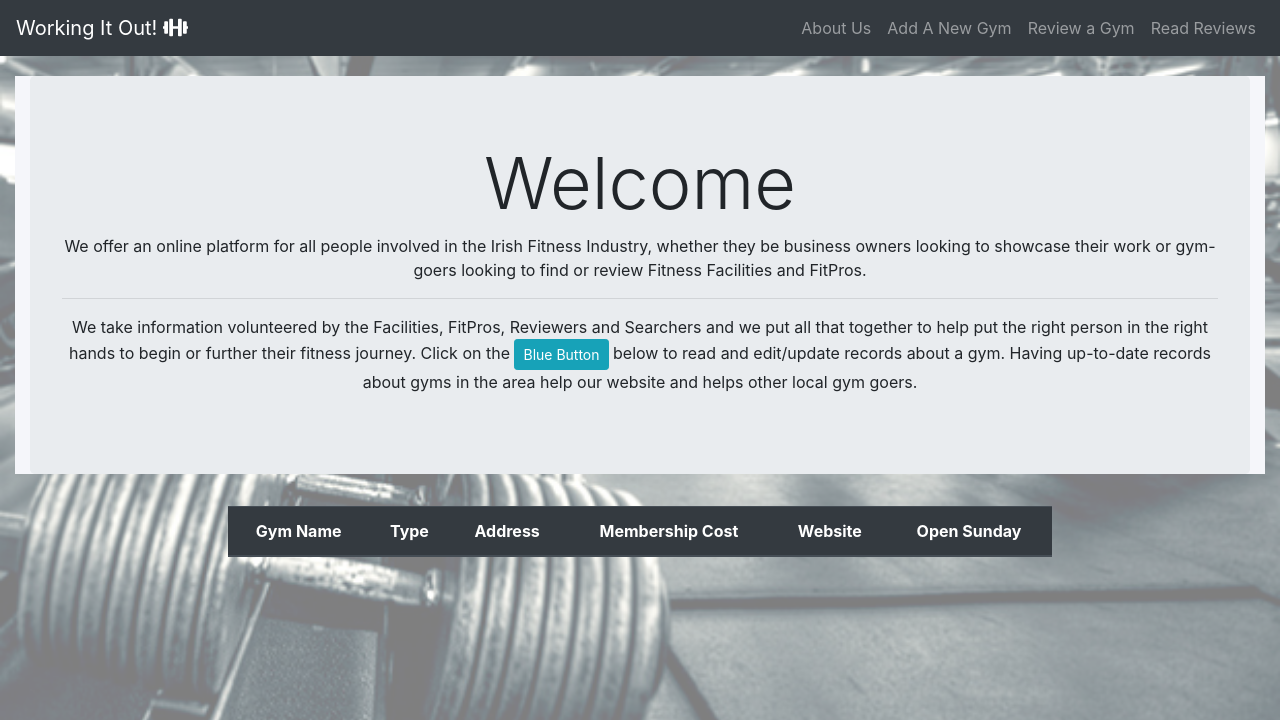
Repository: cgaynor91/Working_It_Out
Page: http://localhost/
The author's editor kept a record of every edit. The page is drawn from the files as they stood at one moment, then again after the next edit.
The browser window is 1280 px wide. The pictures show the whole page.
Some web libraries are served in a nearby version. The page is served by the project's application, run on Flask 3 (app.py). Queries for data that is not in the repository find no rows.

Above is the page before.

### templates/home.html
{% extends 'base.html'%} {% block content %}

<div class="container-fluid">
 <div class="row-welcome justify-content-center">
  <div class="col-12 jumbo-text">
   <div class="jumbotron">
    <h1 class="display-3">Welcome</h1>
    <p></b>We offer an online platform for all people involved in the Irish Fitness Industry, whether they be business owners looking to showcase their work or gym-goers looking to find or review Fitness Facilities and FitPros.</p>
    <hr>
    <p>We take information volunteered by the Facilities, FitPros, Reviewers and Searchers and we put all that together to help put the right person in the right hands to begin or further their fitness journey. Click on the <button type="button" class="btn btn-info btn-sm">Blue Button</button>     below to read and edit/update records about a gym. Having up-to-date records about gyms in the area help our website and helps other local gym goers.</p>
   </div>
  </div>
 </div>



 <!-- Table of gym Data -->

 <div class="row justify-content-center">
  <div class="col-12 col-md-8 table-responsive table-data">
   <table class="table table-hover">
    <thead class="thead-dark">
     <tr>
      <th scope="col">Gym Name</th>
      <th scope="col">Type</th>
      <th scope="col">Address</th>
      <th scope="col">Membership Cost</th>
      <th scope="col">Website</th>
      <th scope="col">Open Sunday</th>
     </tr>
    </thead>
    <tbody>

     {% for gym in gyms %}
     <tr>
      <td><a class="btn btn-info btn-sm" href="{{url_for('edit_gym', gym_id=gym._id)}}" role="button">{{gym.gym_name}}</a></td>
      <td>{{gym.gym_type}}</td>
      <td>{{gym.gym_address}}</td>
      <td>{{gym.cost}}</td>
      <td>{{gym.gym_url}}</td>
      <td>{{gym.open_sunday}}</td>
     </tr>
     {% endfor %}
    </tbody>
   </table>
</div>
</div>

  {% endblock %}

### templates/base.html
<!DOCTYPE html>
<html>

<head>
    <link rel="stylesheet" href="https://stackpath.bootstrapcdn.com/bootstrap/4.4.1/css/bootstrap.min.css">
    <link rel="stylesheet" href="https://cdnjs.cloudflare.com/ajax/libs/font-awesome/5.12.0/css/all.min.css" />
    <link rel="stylesheet" href="{{ url_for('static', filename='css/style.css') }}" type="text/css" />
    <title>Working It Out!</title>
</head>

<body>
    <header>
        <!-- Navbar taken from Bootstrap -->
        <nav class="navbar navbar-expand-md navbar-dark bg-dark home-logo-text">
            <a class="navbar-brand" href="{{url_for('get_gyms')}}">Working It Out! <i
                    class="fas fa-dumbbell"></i></a>
            <button class="navbar-toggler" type="button" data-toggle="collapse" data-target="#navbarNavAltMarkup" aria-controls="navbarNavAltMarkup" aria-expanded="false" aria-label="Toggle navigation">
                <span class="navbar-toggler-icon"></span>
            </button>
            <div class="collapse navbar-collapse" id="navbarNavAltMarkup">
                <div class="navbar-nav ml-auto">
                    <a class="nav-item nav-link" href="{{url_for('about')}}">About Us</a>
                    <a class="nav-item nav-link" href="{{url_for('add_new_gym')}}">Add A New Gym</a>
                    <a class="nav-item nav-link" href="{{url_for('gym_review')}}">Review a Gym</a>
                    <a class="nav-item nav-link" href="{{url_for('read_review')}}">Read Reviews</a>


                </div>
            </div>

        </nav>
    </header>

    <!-- Background image -->
    <div class="container-fluid bg"></div>


                {% block content %} {% endblock %}



    <script src="https://code.jquery.com/jquery-3.4.1.slim.min.js"></script>
    <script src="https://cdn.jsdelivr.net/npm/popper.js@1.16.0/dist/umd/popper.min.js"></script>
    <script src="https://stackpath.bootstrapcdn.com/bootstrap/4.4.1/js/bootstrap.min.js"></script>
</body>

</html>

### app.py
import os
from flask import Flask, render_template, redirect, request, url_for
from flask_pymongo import PyMongo
from bson.objectid import ObjectId

app = Flask(__name__)
app.config["MONGO_DBNAME"] = 'working_it_out'
app.config["MONGO_URI"] = os.getenv('MONGO_URI')

mongo = PyMongo(app)


@app.route('/')
@app.route('/get_gyms')
def get_gyms():
    return render_template("home.html", gyms=mongo.db.gyms.find())

@app.route("/about")
def about():
    return render_template("about.html")


@app.route("/add_new_gym")
def add_new_gym():
    return render_template("add_gym.html")

# Sends the data that the user inserts to the database

@app.route("/insert_gym", methods=['POST'])
def insert_gym():
    gym = mongo.db.gyms
    gym.insert_one(request.form.to_dict())
    return redirect(url_for('get_gyms'))


# Allows user to update information about a gym

@app.route("/edit_gym/<gym_id>")
def edit_gym(gym_id):
    the_gym = mongo.db.gyms.find_one({"_id": ObjectId(gym_id)})
    return render_template("update_gym.html", gym=the_gym)

@app.route("/update_gym/<gym_id>", methods=["POST"])
def update_gym(gym_id):
    gym = mongo.db.gyms
    gym.update({'_id': ObjectId(gym_id)}, {
        'gym_name' : request.form.get('gym_name'),
        'status' : request.form.get('gym_type'),
        'address' : request.form.get('gym_address'),
        'cost' : request.form.get('cost'),
        'gym_url' : request.form.get('gym_url')
    })
    return redirect(url_for('get_gyms'))

# Delete option for a user if they wish to delete a review they wrote or delete a review written by someone else that may be incorrect

@app.route("/delete_gym/<gym_id>")
def delete_gym(gym_id):
    mongo.db.gyms.remove({'_id': ObjectId(gym_id)})
    return redirect(url_for('get_gyms'))

@app.route("/leave_review")
def gym_review():
    return render_template("gym_review.html", gyms=mongo.db.gyms.find())

# Sends the data that the user inserts to the database

@app.route("/gym_review", methods=['POST'])
def insert_review():
    review = mongo.db.reviews
    review.insert_one(request.form.to_dict())
    return redirect(url_for('gym_review'))


@app.route("/read_review")
def read_review():
    return render_template("read_reviews.html", reviews=mongo.db.reviews.find())

if __name__ == '__main__':
    app.run(host=os.environ.get('IP'),
            port=int(os.environ.get('PORT')),
            debug=True)

### static/css/style.css
/* --All container-fluids to have center align-- */

.container-fluid {
    text-align: center;
}

/* --Review container-fluid to have left align-- */

.container-fluid_reviews {
    text-align: left;
}

.bg {
    background-image: url(../images/bg-image.png);
    background-size: cover;
    height: 100%;
    overflow: hidden;
    position: fixed;
    width: 100%;
    opacity: 0.5;
    z-index: -1;
}


/*

.home-logo-text {
    font-family: 'Mansalva', cursive, sans-serif;
}

.navbar-brand {
    font-size: 18px;
}

.welcome-text {
    z-index: 1;
    position: relative;
    margin-top: 50px;
    font-family: 'Amatic SC', cursive, sans-serif;
}

.welcome-text p {
    font-size: 25px;
}

.button-text {
    font-family: Arial, Helvetica, sans-serif;
}

.row-form {
    margin-top: 25px;
}

.delete-record-advice {
    margin-top: 25px;
}

.form_font {
    font-family: Arial, Helvetica, sans-serif;
    font-size: 15px;
}

.jumbotron {
    background-color:rgba(236, 240, 241,0.1);
}

@media only screen and (max-width: 550px) {
    .table {
        font-size: 9px;
        font-weight: bold;
    }
    .btn-sm {
        font-size: 9px;

    }
    .table-data {
        padding-right: 1px;
        padding-left: 1px;
    }
}

/* --Easier read-ability, rows given white background-- */

.row-review {
    margin-top: 25px;
    background-color: rgba(245, 246, 250,1.0);
}

.row-welcome {
    margin-top: 20px;
    background-color: rgba(245, 246, 250,1.0);
}

.table {
    background-color: rgba(245, 246, 250,1.0);
}

.template-col {
    padding-right: 2px;
    padding-left: 2px;
}

After the next edit:
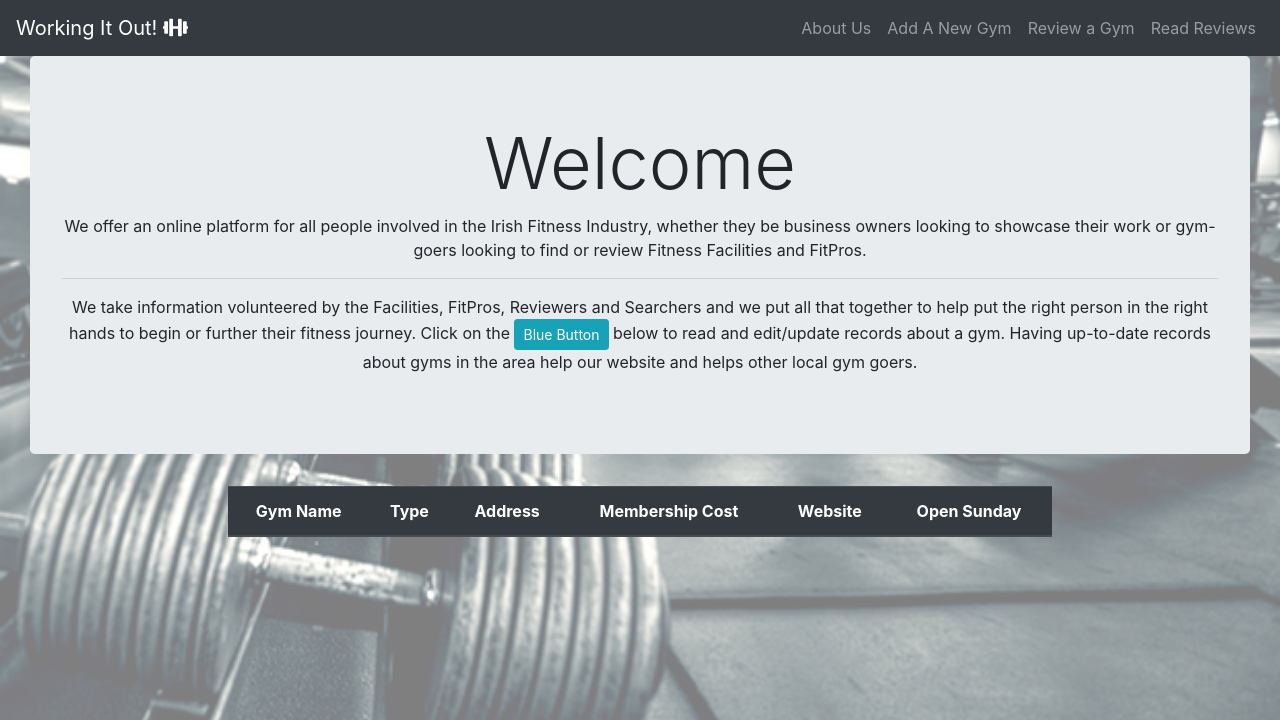
The edit:
--- a/static/css/style.css
+++ b/static/css/style.css
@@ -79,7 +79,9 @@
     }
 }
 
-/* --Easier read-ability, rows given white background-- */
+
+
+/* --Easier read-ability, rows given white background--
 
 .row-review {
     margin-top: 25px;
